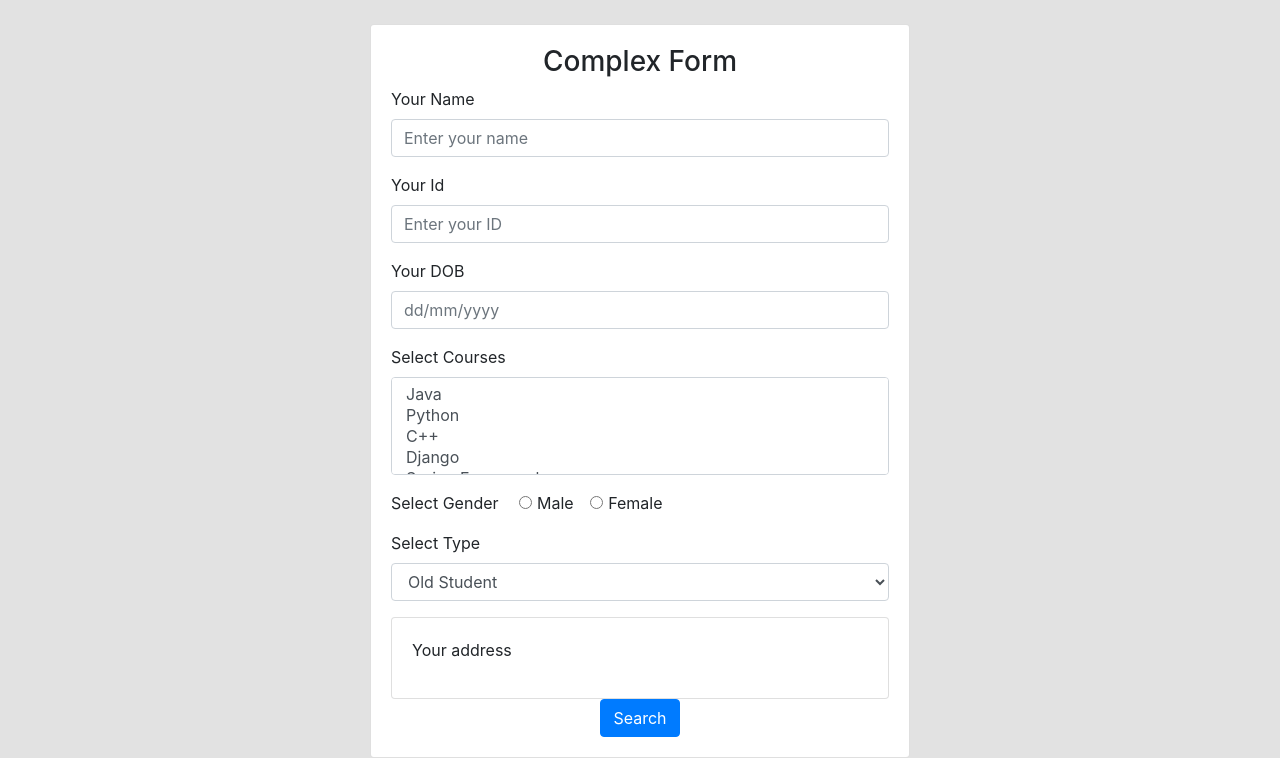
Repository: GovindParve/spring_mvc_maven_search_project
Page: http://localhost/springmvcsearch/complex
The author's editor kept a copy of each file at every save. The page is drawn from the files as they stood at one save, then again after the next save.
The browser window is 1280 px wide. The pictures show the whole page.
Some web libraries are served in a nearby version. The page is served by Tomcat 9.

Above is the page before, as saved 2023-06-18 10:04:32.

After the next save:
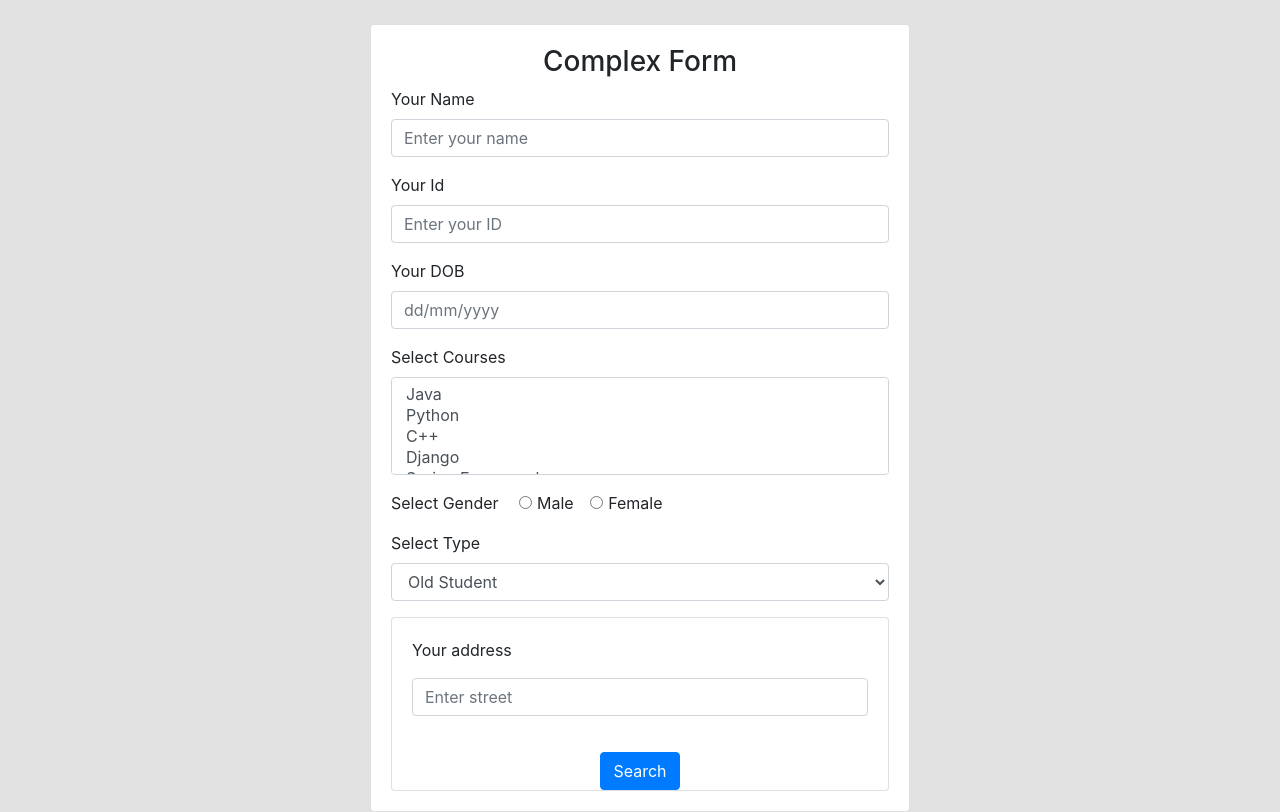
Saved 2 min 15 s later.
--- a/springmvcsearch/src/main/webapp/WEB-INF/views/complex_form.jsp
+++ b/springmvcsearch/src/main/webapp/WEB-INF/views/complex_form.jsp
@@ -64,6 +64,8 @@
     						<div class="card">
     							<div class="card-body">
     							<p>Your address</p>
+    							<div class="form-group">
+    								<input type="text" id="street" name="street" placeholder="Enter street" class="form-control" >
     							</div>
     						</div>
     						<div class="container text-center">
